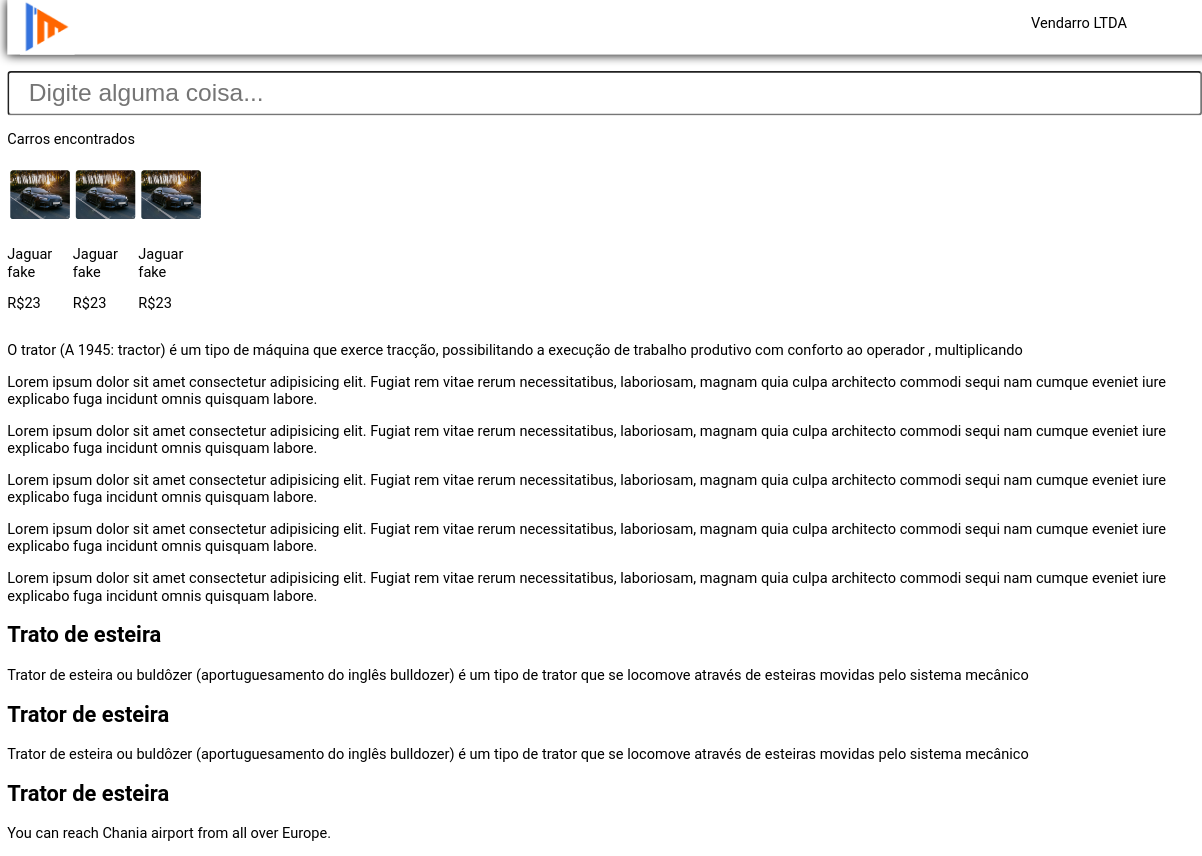
Repository: ecrseer/pesquisa-carros-html
Page: index.html
The author's editor kept a copy of each file at every save. The page is drawn from the files as they stood at one save, then again after a run of saves.
The browser window is 1280 px wide. The page is 1321 px wide, so the pictures cover 1321 px, including what lies to the right of the window. The pictures show the whole page, at 91% of full size.

Above is the page before, as saved 2022-01-21 17:08:44.

After the next 2 saves:
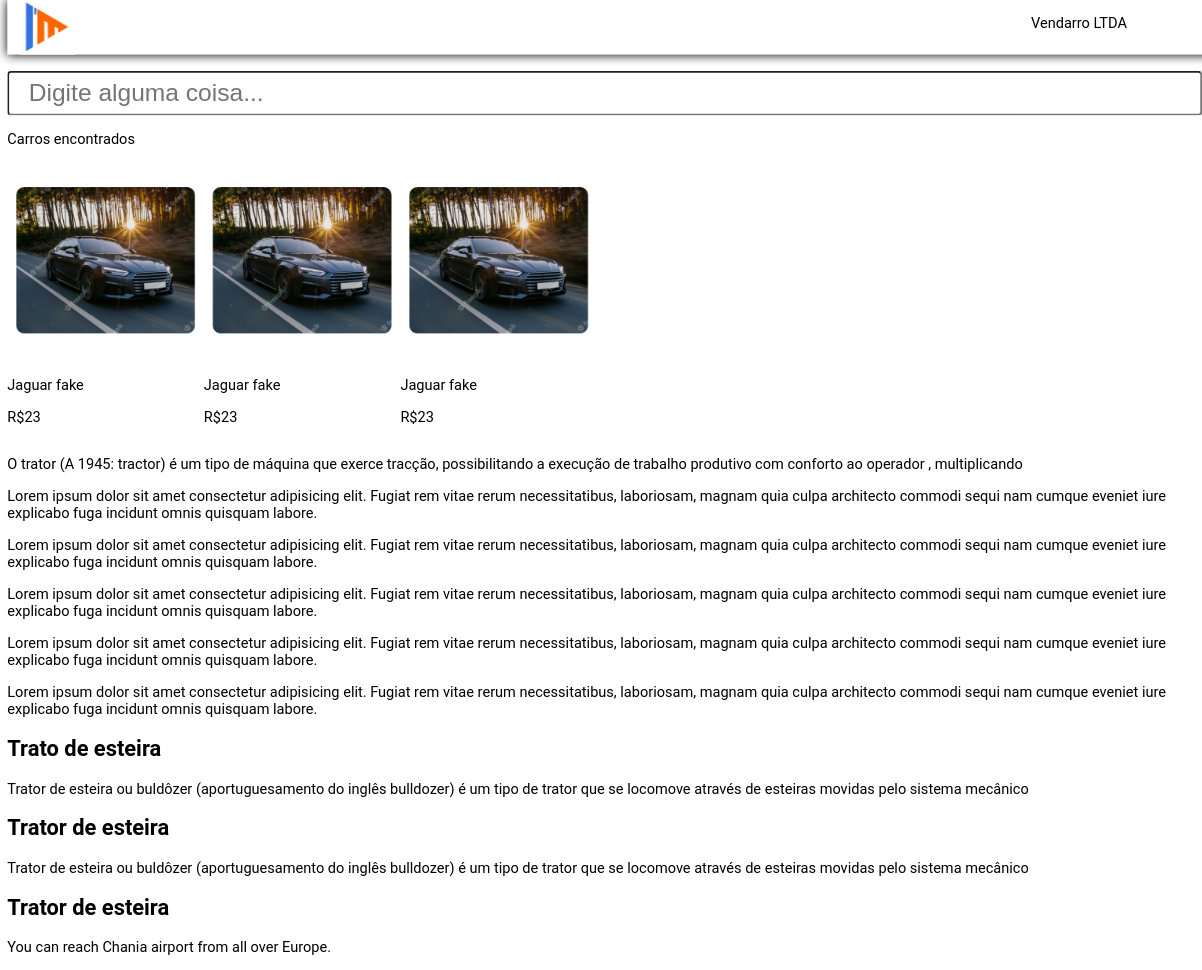
The 2 saves are shown as one change because they came seconds apart.
The last was saved 6 s later.
--- a/index.css
+++ b/index.css
@@ -38,7 +38,7 @@
   }
   .grid{
     display: grid;
-    grid-template-columns: repeat(auto-fill, 10vh)
+    grid-template-columns: repeat(auto-fill, 30vh)
   }
   .card{
 
